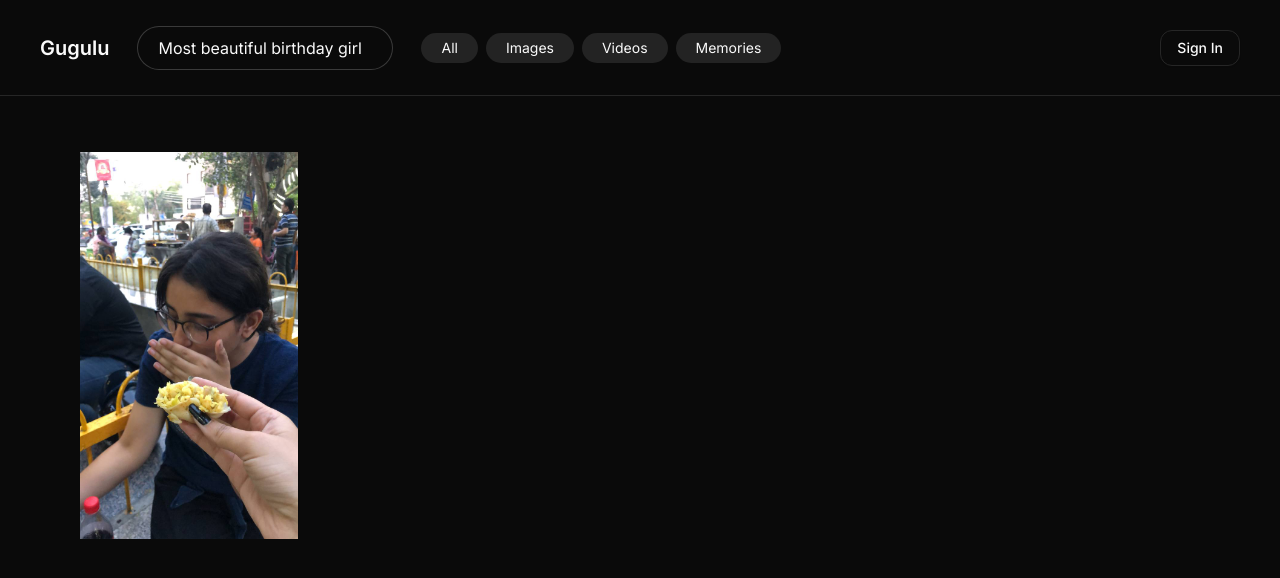
Repository: Harshgoel17/anshfinal
Page: /srishti/images
An editor plug-in stored every save of this project. The page is shown before and after the next save, followed by the edit.
The browser window is 1280 px wide. The pictures show the whole page.
The project was rebuilt for these pictures with package versions that can differ from the ones it lists, and the page was loaded fresh each time. The framework's server and built-in components were replaced by stand-ins that run in the browser. Also part of the build but not shown: next.config.js.

Above is the page before, as saved 2023-10-06 16:38:17.

After the next save:
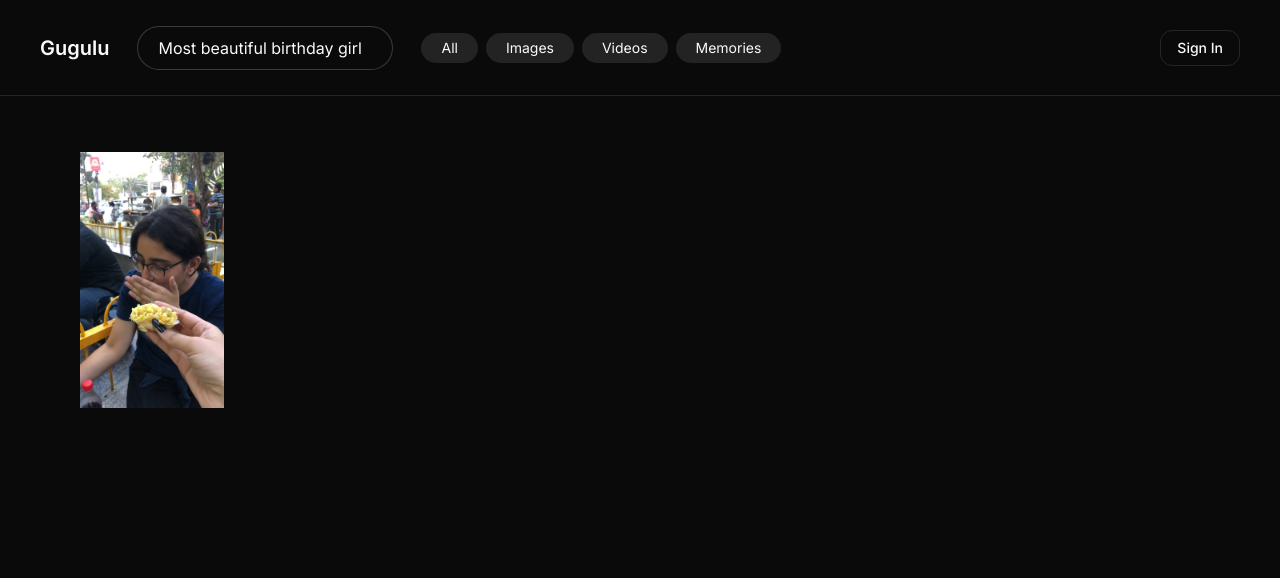
Saved 19 s later.
--- a/app/srishti/images/page.jsx
+++ b/app/srishti/images/page.jsx
@@ -7,7 +7,7 @@ const page = () => {
         <Navbar />
 
         <div className='py-14 px-20 grid grid-cols-5 w-full gap-2'>
-            <img src="/images/1.jpg" alt="" />
+            <img src="/images/1.jpg" alt="" className='max-h-64'/>
         </div>
     </div>
   )
